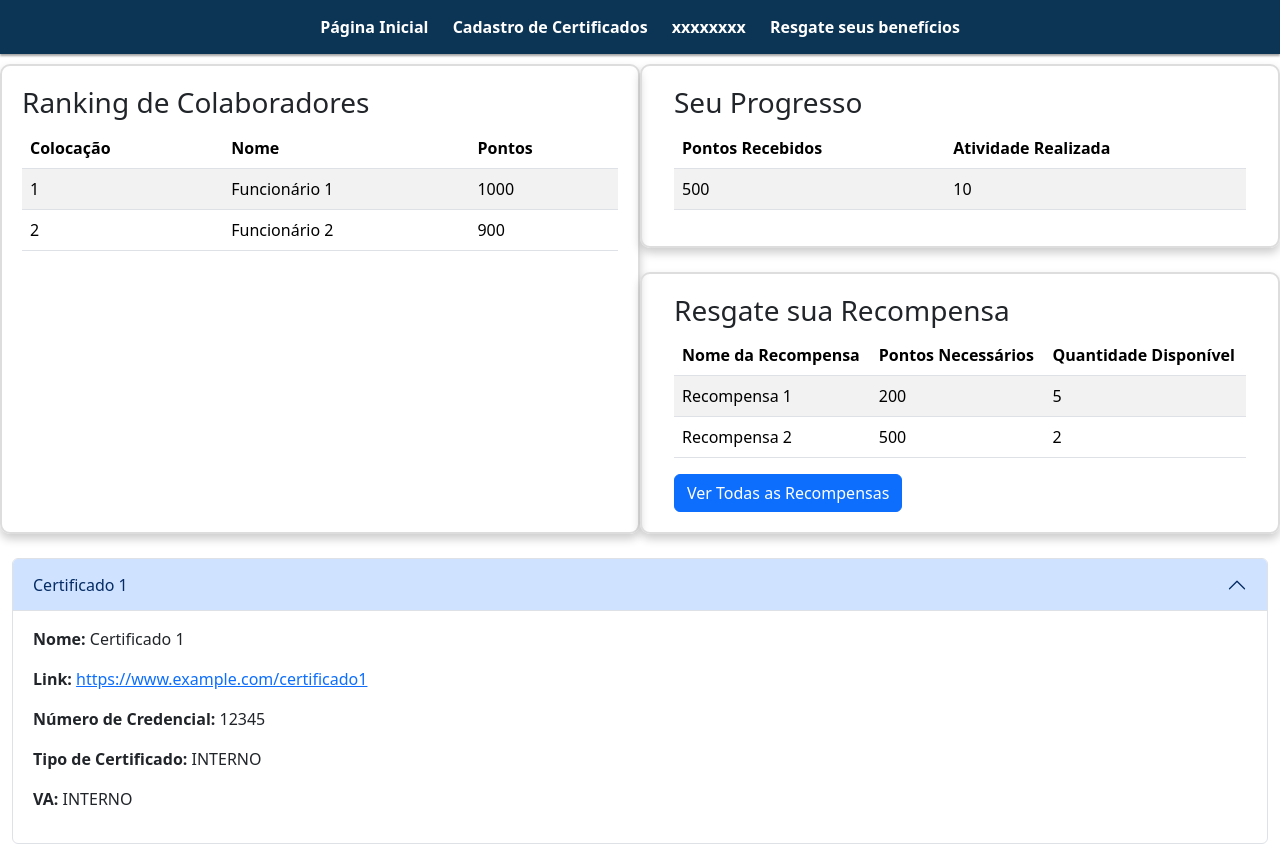
Repository: mumuryllo/ProjetoZupPointsCatalisa5
Page: ZuPointsCatalisa5 Front-End/colaborador.html
The author's editor kept a copy of each file at every save. The page is drawn from the files as they stood at one save, then again after the next save.
The browser window is 1280 px wide. The pictures show the whole page.

Above is the page before, as saved 2023-10-10 19:28:52.

After the next save:
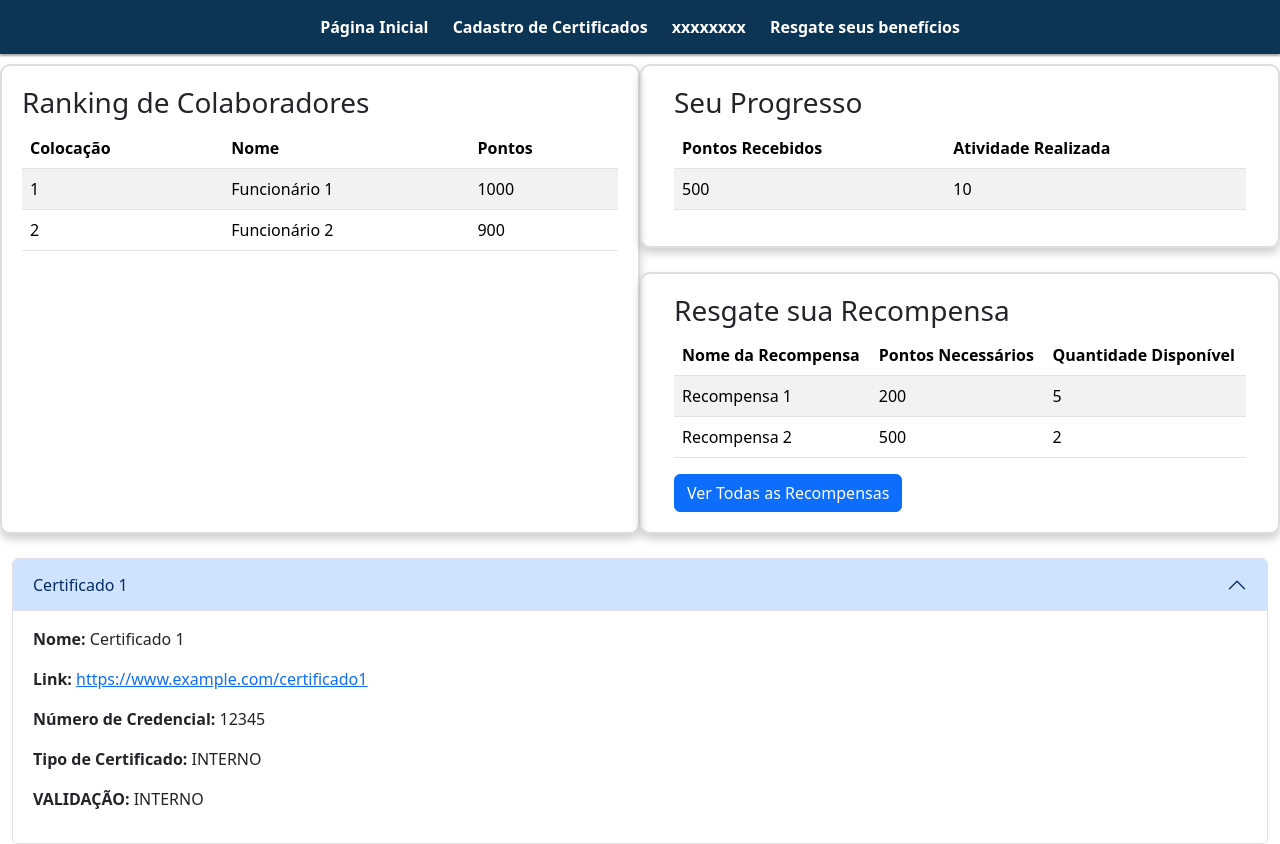
Saved 5 s later.
--- a/ZuPointsCatalisa5 Front-End/colaborador.html
+++ b/ZuPointsCatalisa5 Front-End/colaborador.html
@@ -145,7 +145,7 @@
                         <p><strong>Link:</strong> <a href="https://www.example.com/certificado1">https://www.example.com/certificado1</a></p>
                         <p><strong>Número de Credencial:</strong> 12345</p>
                         <p><strong>Tipo de Certificado:</strong> INTERNO</p>
-                        <p><strong>VA:</strong> INTERNO</p>
+                        <p><strong>VALIDAÇÃO:</strong> INTERNO</p>
                     </div>
                 </div>
             </div>
